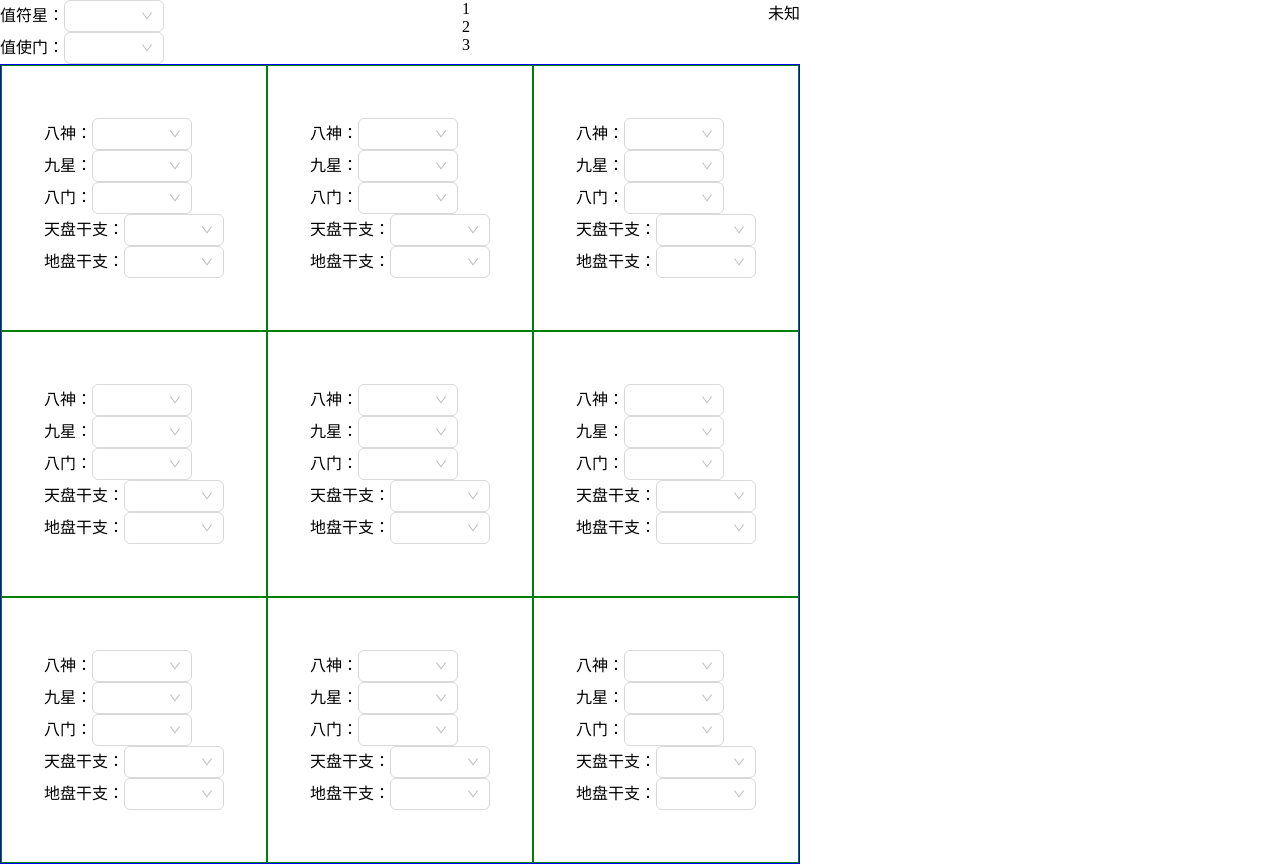
Repository: DaozhangChen/qiMen
Page: /
The author's editor kept a copy of each file at every save. The page is drawn from the files as they stood at one save, then again after the next save.
The browser window is 1280 px wide. The pictures show the whole page.
The project was rebuilt for these pictures with package versions that can differ from the ones it lists, and the page was loaded fresh each time. Also part of the build but not shown: vite.config.js.

Above is the page before, as saved 2024-04-05 17:44:51.

### src/App.jsx
import HeaderInfo from './compoment/HeaderLabel'
import Sudoku from './compoment/Sudoku'

function App() {

  return (
    <>
      <HeaderInfo />
      <Sudoku />
    </>
  )
}

export default App

### src/index.css
* {
  padding: 0;
  margin: 0;
  box-sizing: border-box;
}

ul,
li {
  list-style: none;
}

### src/compoment/HeaderLabel.jsx
import "../style/HeaderInfo.css"
import InfoSelect from "./InfoSelect"
const HeaderInfo = () => {
    return (
        <>
            <div className="headerWrapper">
                <div>
                    <div>值符星：<span><InfoSelect type="star" area="header" /></span></div>
                    <div>值使门：<span><InfoSelect type="door" area="header" /></span></div>
                </div>
                <div>
                    <div>1</div>
                    <div>2</div>
                    <div>3</div>
                </div>
                <div>未知</div>
            </div>
        </>
    )
}

export default HeaderInfo

### src/compoment/Sudoku.jsx
import "../style/Sudoku.css"
import InfoSelect from "./InfoSelect"
import { useState } from "react"

function Sudoku() {
    const regionArr = [
        { number: 4, area: "巽" },
        { number: 9, area: "离" },
        { number: 2, area: "坤" },
        { number: 3, area: "震" },
        { number: 5, area: "中" },
        { number: 7, area: "兑" },
        { number: 8, area: "艮" },
        { number: 1, area: "坎" },
        { number: 6, area: "乾" }
    ]
    const [detailInfo, setDetailInfo] = useState(regionArr)


    return (
        <div className="sudoku-grid">
            {/* 生成九宫格 */}
            {detailInfo.map((value) => (
                <div key={value.number} className="sudoku-row" data-key={value.number}>
                    <ul>
                        <li className="sudoku-cell">
                            <ul>
                                <li className="god">八神：<span><InfoSelect type="god" setDetailInfo={setDetailInfo} area={value.number} /></span></li>
                                <li className="star">九星：<span><InfoSelect type="star" setDetailInfo={setDetailInfo} area={value.number} /></span></li>
                                <li className="door">八门：<span><InfoSelect type="door" setDetailInfo={setDetailInfo} area={value.number} /></span></li>
                                <li className="upStem">天盘干支：<span><InfoSelect type="upStem" setDetailInfo={setDetailInfo} area={value.number} /></span></li>
                                <li className="downStem">地盘干支：<span><InfoSelect type="downStem" setDetailInfo={setDetailInfo} area={value.number} /></span></li>
                            </ul>
                        </li>
                    </ul>
                </div>
            ))}
        </div>
    )
}
export default Sudoku

### src/style/HeaderInfo.css
.headerWrapper {
    display: flex;
    flex-direction: row;
    width: 800px;
    justify-content: space-between;
}

### src/compoment/InfoSelect.jsx
import { Select } from "antd";
import setOption from "../toolFunction/setOption"

// eslint-disable-next-line react/prop-types
const InfoSelect = ({ type, setDetailInfo, area }) => {
    const option = setOption(type)


    const setValue = (value) => {
        //设置全局value
        setDetailInfo(originArr => {
            const newArr = originArr.map((item) => {
                if (item.number === area) {
                    console.log(type)
                    item[type] = value
                    return item
                } else {
                    return item
                }
            })
            console.log(newArr)
            return newArr
        })
    }

    return (
        <>
            <Select style={{ width: 100 }} options={option} onChange={setValue} />
        </>
    )
}

export default InfoSelect

### src/style/Sudoku.css
.sudoku-grid {
    border: 1px solid blue;
    width: 800px;
    height: 800px;
    display: grid;
    grid-template-columns: repeat(3, 1fr);
    grid-template-rows: repeat(3, 1fr);

}

.sudoku-row {
    display: flex;
    border: 1px solid green;
    align-items: center;
    justify-content: center;
}

.sudoku-cell>li {
    margin: 5px 0px;
}

### src/toolFunction/setOption.js
function setupOption(arr) {
    const option = arr.map((value) => {
        const obj = {}
        obj.label = value
        obj.value = value
        return obj
    })
    return option
}

const setOption = (type) => {
    const godArr = ["值符", "腾蛇", "太阴", "六合", "白虎", "玄武", "九地", "九天"]
    const starArr = ["天蓬星", "天任星", "天冲星", "天辅星", "天英星", "天芮星", "天柱星", "天心星", "天禽星"]
    const doorArr = ["休门", "生门", "伤门", "杜门", "景门", "死门", "惊门", "开门"]
    const stemArr = ["戊", "己", "庚", "辛", "壬", "癸", "丁", "丙", "乙"]
    const resultMap = {
        "god": setupOption(godArr),
        "star": setupOption(starArr),
        "door": setupOption(doorArr),
        "upStem": setupOption(stemArr),
        "downStem": setupOption(stemArr)
    }
    return resultMap[type]
}

export default setOption

Loaded but not shown: index.html (common file); src/main.jsx (common file)

After the next save:
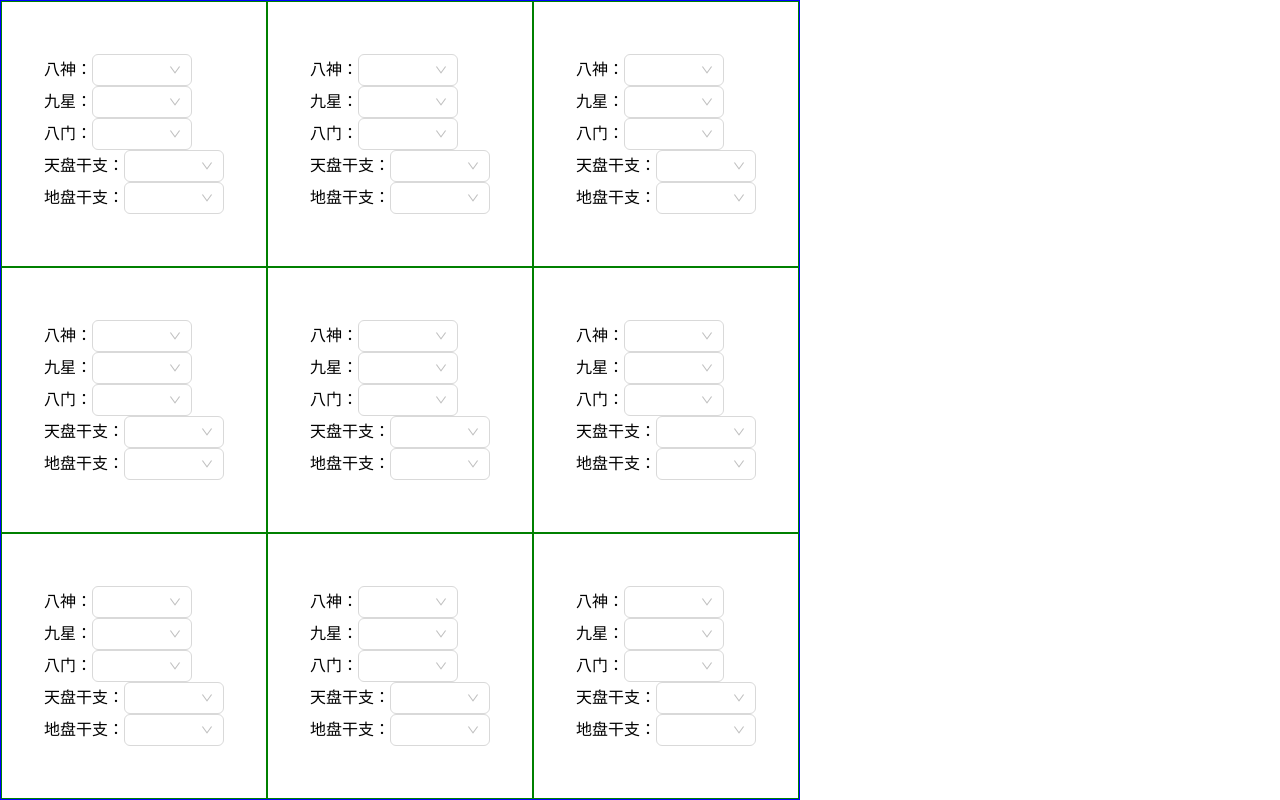
Saved 9 min 25 s later.
--- a/src/App.jsx
+++ b/src/App.jsx
@@ -1,11 +1,9 @@
-import HeaderInfo from './compoment/HeaderLabel'
 import Sudoku from './compoment/Sudoku'
 
 function App() {
 
   return (
     <>
-      <HeaderInfo />
       <Sudoku />
     </>
   )

After the save that followed:
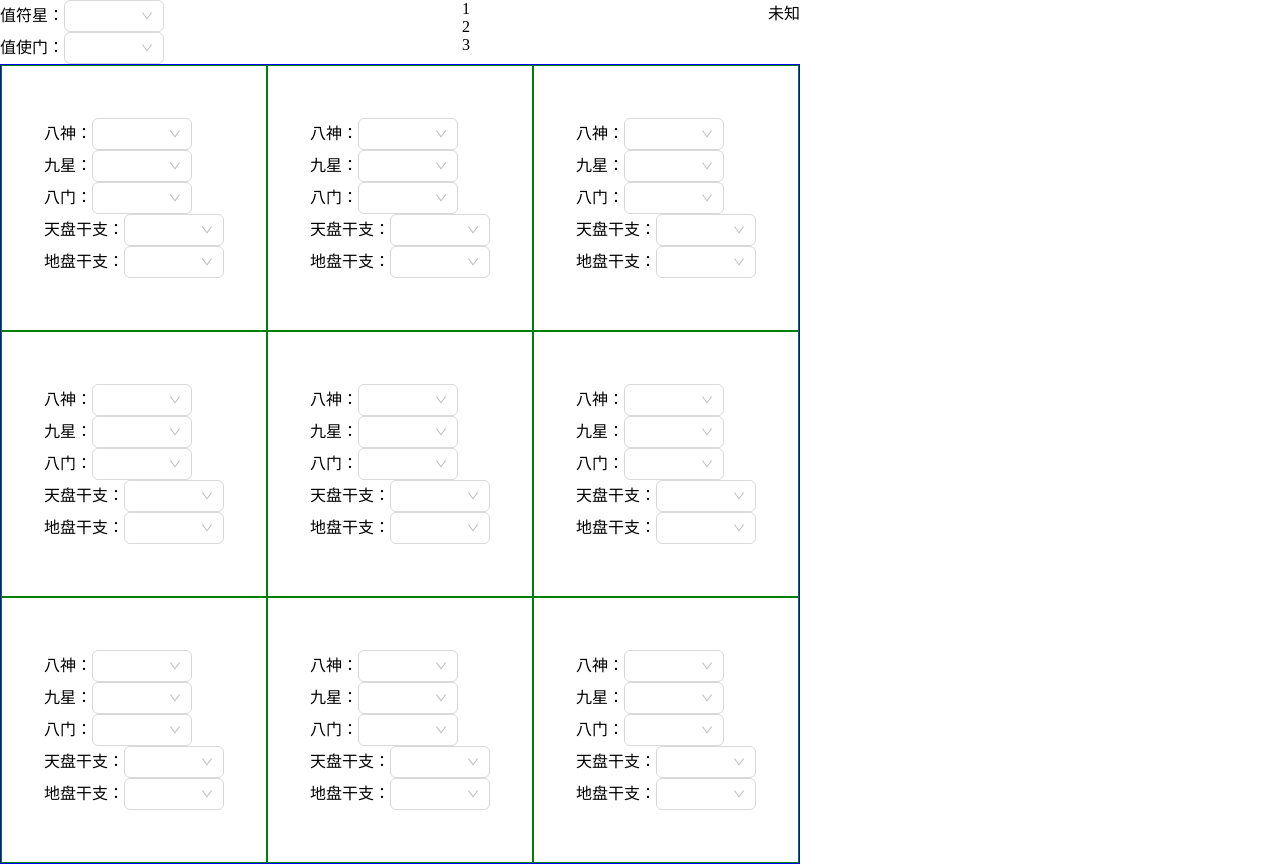
Saved 33 s later.
--- a/src/compoment/Sudoku.jsx
+++ b/src/compoment/Sudoku.jsx
@@ -1,4 +1,5 @@
 import "../style/Sudoku.css"
+import HeaderInfo from "./HeaderLabel"
 import InfoSelect from "./InfoSelect"
 import { useState } from "react"
 
@@ -18,24 +19,27 @@ function Sudoku() {
 
 
     return (
-        <div className="sudoku-grid">
-            {/* 生成九宫格 */}
-            {detailInfo.map((value) => (
-                <div key={value.number} className="sudoku-row" data-key={value.number}>
-                    <ul>
-                        <li className="sudoku-cell">
-                            <ul>
-                                <li className="god">八神：<span><InfoSelect type="god" setDetailInfo={setDetailInfo} area={value.number} /></span></li>
-                                <li className="star">九星：<span><InfoSelect type="star" setDetailInfo={setDetailInfo} area={value.number} /></span></li>
-                                <li className="door">八门：<span><InfoSelect type="door" setDetailInfo={setDetailInfo} area={value.number} /></span></li>
-                                <li className="upStem">天盘干支：<span><InfoSelect type="upStem" setDetailInfo={setDetailInfo} area={value.number} /></span></li>
-                                <li className="downStem">地盘干支：<span><InfoSelect type="downStem" setDetailInfo={setDetailInfo} area={value.number} /></span></li>
-                            </ul>
-                        </li>
-                    </ul>
-                </div>
-            ))}
-        </div>
+        <>
+            <HeaderInfo />
+            <div className="sudoku-grid">
+                {/* 生成九宫格 */}
+                {detailInfo.map((value) => (
+                    <div key={value.number} className="sudoku-row" data-key={value.number}>
+                        <ul>
+                            <li className="sudoku-cell">
+                                <ul>
+                                    <li className="god">八神：<span><InfoSelect type="god" setDetailInfo={setDetailInfo} area={value.number} /></span></li>
+                                    <li className="star">九星：<span><InfoSelect type="star" setDetailInfo={setDetailInfo} area={value.number} /></span></li>
+                                    <li className="door">八门：<span><InfoSelect type="door" setDetailInfo={setDetailInfo} area={value.number} /></span></li>
+                                    <li className="upStem">天盘干支：<span><InfoSelect type="upStem" setDetailInfo={setDetailInfo} area={value.number} /></span></li>
+                                    <li className="downStem">地盘干支：<span><InfoSelect type="downStem" setDetailInfo={setDetailInfo} area={value.number} /></span></li>
+                                </ul>
+                            </li>
+                        </ul>
+                    </div>
+                ))}
+            </div>
+        </>
     )
 }
 export default Sudoku
